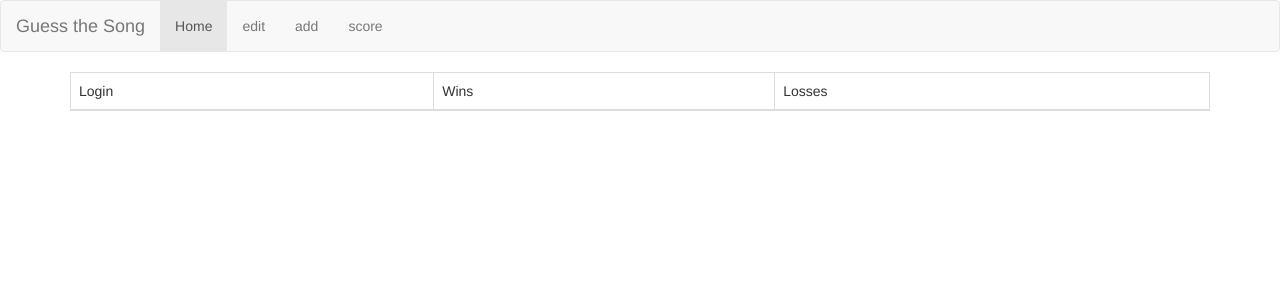
Repository: akellaX/MISIS_song_project
Page: music_db/score.html
An editor plug-in stored every save of this project. The page is shown before and after the next save, followed by the edit.
The browser window is 1280 px wide. The pictures show the whole page.
The page's requests for data from a server got no answer. Some web libraries are served in a nearby version.

Above is the page before, as saved 2019-04-14 23:19:01.

### music_db/score.html
<!doctype HTML>
<html>
    <head>
        <script src="https://ajax.googleapis.com/ajax/libs/jquery/3.2.1/jquery.min.js"></script>
		<link rel="stylesheet" href="css/bootstrap.css">

    </head>
    <body>
    <nav class="navbar navbar-default">
  <div class="container-fluid">
    <div class="navbar-header">
      <a class="navbar-brand" href="#">Guess the Song</a>
    </div>
    <ul class="nav navbar-nav">
      <li class="active"><a href="mainPage.html">Home</a></li>
      <li id="editp"><a href="editPage.html">edit</a></li>
      <li id="addp"><a href="addPage.html">add</a></li>
      <li><a href="score.html">score</a></li>
    </ul>
  </div>
</nav>


        <div class="container">
            <table class="table table-bordered table-hover">
            <thead>
            <tr>
				<td>Login</td>
				<td>Wins</td>
				<td>Losses</td>
			</tr>
			</thead>
            </table>
        </div>

<script type="text/javascript" src="js/bootstrap.min.js"></script>
<script type="text/javascript" src="js/score.js"></script>
    </body>
</html>

### music_db/public/js/score.js
var fillTable = function(){
			$.ajax({
		type: 'POST',
		url: 'http://localhost:3000/getType',
		success: function (data) {
			console.log(data);
			if (data == "guest")
				{
					console.log("asdads");
			$('#editp').hide();
			$('#addp').hide();
				}
		}
	});
	$.ajax({
        type : 'POST',
        url : 'http://localhost:3000/getScore',
        success: function(data){
                console.log(data);

			   for(var i=0 ;i< data.length;i++)
    {
       $('.table').append('<tbody>'+
                        '<tr class="choosenSong" id= "'+data[i].login+'">'+
                        '<td>'+data[i].login+'</td>'+
						 '<td>'+data[i].wins+'</td>'+
                        '<td>'+data[i].losses+'</td>'+
                        '</tr>'+
                          '</tbody>');
    }


        }
	});
	$.ajax({
		type: 'POST',
		url: 'http://localhost:3000/getChallenges',
		success: function (data) {
			console.log(data);
			for (var i = 0; i < data.length; i++)
				$(".dropdown-menu").append('<li><a class="chosen_challenge"  id="' + data[i].id + '" href="#">' + data[i].title + '</a></li>');
			$('.chosen_challenge').on('click', function () {
				console.log("pressed");
				getChellPage(this.id);
			});
		}

	});

}

var getChellPage = function (id) {
	$.ajax({
		type: 'POST',
		url: 'http://localhost:3000/goToChallengePage',
		data: 'id=' + id,
		success: function (data) {
			window.location = data.redirect;
		}
	});
}

$(fillTable());

Loaded but not shown: music_db/public/css/bootstrap.css (library); music_db/public/js/bootstrap.min.js (library)

After the next save:
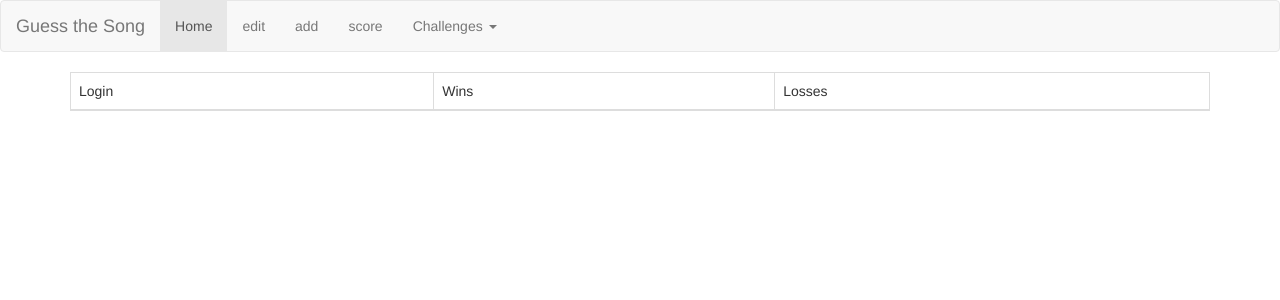
Saved 76 s later.
--- a/music_db/score.html
+++ b/music_db/score.html
@@ -16,6 +16,12 @@
       <li id="editp"><a href="editPage.html">edit</a></li>
       <li id="addp"><a href="addPage.html">add</a></li>
       <li><a href="score.html">score</a></li>
+      <li class="dropdown">
+        <a class="dropdown-toggle" data-toggle="dropdown" href="#">Challenges
+        <span class="caret"></span></a>
+        <ul class="dropdown-menu">
+        </ul>
+      </li>
     </ul>
   </div>
 </nav>
